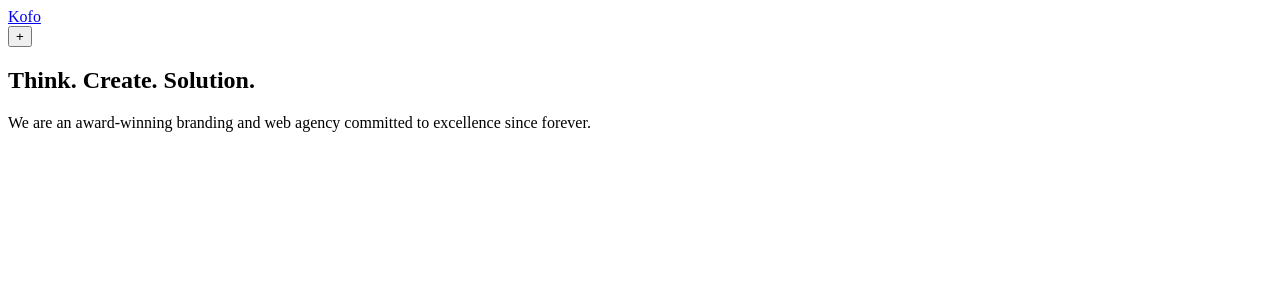
Repository: debthebuilder/kofo
Page: index.html
An editor plug-in stored every save of this project. The page is shown before and after the next save, followed by the edit.
The browser window is 1280 px wide. The pictures show the whole page.

Above is the page before, as saved 2022-10-13 11:26:29.

After the next save:
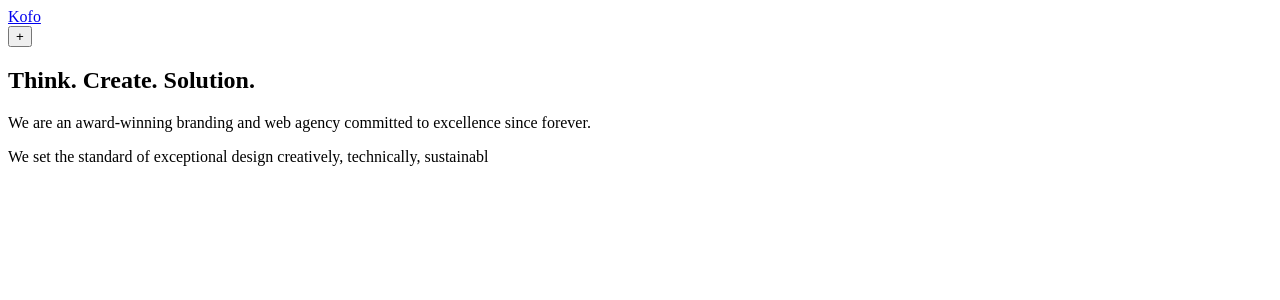
Saved 25 s later.
--- a/index.html
+++ b/index.html
@@ -25,7 +25,7 @@
                     <p>We are an award-winning branding and web agency committed to excellence since forever.</p>
                 </div>
                 <div>
-                    <p></p>
+                    <p>We set the standard of exceptional design creatively, technically, sustainabl</p>
                 </div>
             </div>
         </div>
